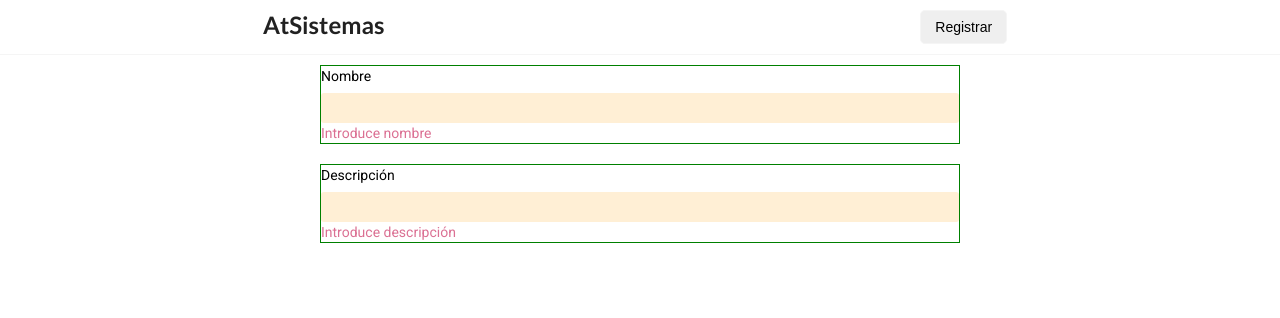
Repository: banchiec/atsistemas
Page: /site/register-site
An editor plug-in stored every save of this project. The page is shown before and after the next save, followed by the edit.
The browser window is 1280 px wide. The pictures show the whole page.
The project was rebuilt for these pictures with package versions that can differ from the ones it lists, and the page was loaded fresh each time. Also part of the build but not shown: src/components/SiteCard/SiteCard.js, src/redux/actions/sitesActions.js, src/screens/SiteScreen/SiteScreen.js, src/screens/SiteDetailsScreen/SiteDetailsScreen.js.

Above is the page before, as saved 2022-08-16 14:18:41.

### src/index.js
import React from "react";
import ReactDOM from "react-dom";
import App from "./App";
import store from "./redux/store";
import { Provider } from "react-redux";

ReactDOM.render(
  <React.StrictMode>
    <Provider store={store}>
      <App />
    </Provider>
  </React.StrictMode>,
  document.getElementById("root")
);

### src/App.js
import React from "react";
import { BrowserRouter as Router, Switch, Route } from "react-router-dom";
import SiteScreen from "./screens/SiteScreen/SiteScreen";
import SiteDetailsScreen from './screens/SiteDetailsScreen/SiteDetailsScreen'
import Header from "./components/Header/Header";
import "./App.css";
import RegisterSiteScreen from "./screens/RegisterSiteScreen/RegisterSiteScreen";

function App() {
  return (
    <div className="App">
      <Header/>
      <Router>
        <Switch>
          <Route path="/" exact component={SiteScreen} />
          <Route path="/site/register-site" exact component={RegisterSiteScreen} />
          <Route path="/site/:siteId" exact component={SiteDetailsScreen} />
          <Route>404 Not Found!</Route>
        </Switch>
      </Router>
    </div>
  );
}

export default App;

### src/components/Header/Header.js
import {ContainerHeader} from './headerStyled'

const Header = () => {
  function handleClick(){
    console.log("Object");
  }
	return(
    <ContainerHeader>
      <div>
        <h2>AtSistemas</h2>
      </div>
      <div>
        <button onClick={handleClick}>Registrar</button>
      </div>
    </ContainerHeader>
	)
}
export default Header

### src/App.css
* {
  font-family: "Roboto", sans-serif;
  padding: 0;
  margin: 0;
}

.ui.cards > .card > .image {
  height: 250px;
  padding: 20px;
  background: #fff;
  margin: auto;
}
.ui.cards > .card > .image > img {
  height: 100%;
  max-width: 100%;
  width: auto;
}
.ui.cards > .card > .content > .header {
  height: 48px;
  overflow: hidden;
  margin-bottom: 5px;
}
.ui.cards > .card > .content > .list{
  height: 36px;
  margin-bottom: 0px;
  overflow: hidden;
}
.ui.cards > .card .meta.name{
  margin-bottom: 5px;
  font-size: 18px;
  color: #333;
  font-weight: 600;
}

.ui.cards > .card .meta.name> a {
  font-size: 1.3rem;
  color: #222;
}

.ui.menu.fixed {
  height: 60px;
  padding-top: 15px;
}

.ui.grid.container {
  margin-top: 200px;
}

.ui.grid > .row {
  background: #fff;
}
.ui.grid > .row > .column.lp {
  padding: 20px 40px 20px 20px;
  align-self: flex-start !important;
}
.ui.grid > .row > .column.rp {
  padding: 20px 20px 20px 40px;
  text-align: left;
  align-self: flex-start !important;
}

.ui.grid > .row > .column > img,
.ui.grid > .row > img {
  height: 100%;
}
.ui.placeholder .header:not(:first-child):before,
.ui.placeholder .image:not(:first-child):before,
.ui.placeholder .paragraph:not(:first-child):before {
  display: none;
}

.ui.label,
.ui.labels .label {
  font-size: 22px;
}

.column.rp h1 {
  color: #333;
}
.column.rp p {
  font-size: 18px;
  color: #777;
}
.ui.placeholder.segment .column .button,
.ui.placeholder.segment .column .field,
.ui.placeholder.segment .column textarea,
.ui.placeholder.segment .column > .ui.input {
  background-color: #ff3e6c;
  border: 1px solid #ff3e6c;
  color: #fff;
  font-size: 18px;
  margin-left: 0;
}

### src/screens/RegisterSiteScreen/RegisterSiteScreen.js
import { ContainerRegisterSiteScreen, FormControl, Input, Label, Message } from "./registerSiteScreenStyled"

const RegisterSiteScreen = () => {

	const handleSubmit = () => {
		console.log("object");
	}
	return(
		<ContainerRegisterSiteScreen>
			<FormControl>
				<Label htmlFor="label">Nombre</Label>
				<Input id='label'/>
				<Message>Introduce nombre</Message>
			</FormControl>
			<FormControl>
				<Label htmlFor="label">Descripción</Label>
				<Input id='label'/>
				<Message>Introduce descripción</Message>
			</FormControl>
		</ContainerRegisterSiteScreen>
	)
}
export default RegisterSiteScreen

### src/redux/reducers/index.js
import { combineReducers } from "redux";
import { sitesReducer, selectedSiteReducer } from "./sitesReducer";
const reducers = combineReducers({
  allSites: sitesReducer,
  site: selectedSiteReducer,
});
export default reducers;

### src/components/Header/headerStyled.js
import styled from 'styled-components'

const ContainerHeader = styled.div`
	display: flex;
	flex-direction: row;
	border-bottom: 1px solid whitesmoke;
	justify-content: space-around;
	div {
		padding: 10px;
		button{
			border-radius: 5px;
			padding: 8px 14px 8px 14px;
			border: 1px solid whitesmoke;
			margin: 0px 10px 0px 10px;
			:hover {
				background: black ;
				color: white;
				transition: 1s ease-out;
			}
		}
	}
`
export {
	ContainerHeader
}

### src/screens/RegisterSiteScreen/registerSiteScreenStyled.js
import styled from "styled-components";

export const ContainerRegisterSiteScreen = styled.div`
	display: flex;
	flex-direction: column;
	justify-content: center;
	align-items: center;
`
export const FormControl = styled.div`
  border: 1px solid green;
	color: palevioletred;
	display: block;
	margin-top: 2em;
	width: 50%;
	margin: 10px auto;
`
export const Label = styled.label`
	display: block;
	margin-bottom: 0.5em;
	color: black;
`
export const Input = styled.input`
	padding:  0.5em;
	color: black;
	background:  papayawhip;
	border: none;
	border-radius: 3px;
	width: 100%;
`
export const Message = styled.label`
	color: palevioletred;
	display: block;
`

### src/redux/reducers/sitesReducer.js
import { ActionTypes } from "../constants/action-types";
const intialState = {
  sites: [],
};

export const sitesReducer = (state = intialState, { type, payload }) => {
  switch (type) {
    case ActionTypes.SET_SITES:
      return {
        ...state,
        sites: payload
      };
    default:
      return state;
  }
};

export const selectedSiteReducer = (state = {}, { type, payload }) => {
  switch (type) {
    case ActionTypes.SELECTED_SITE:
      return {
        ...state,
        ...payload
      };
    case ActionTypes.REMOVE_SELECTED_SITE:
      return {};
    default:
      return state;
  }
};

### src/redux/constants/action-types.js
export const ActionTypes = {
  FETCH_SITES: 'FETCH_SITES',
  SET_SITES: "SET_SITES",
  SELECTED_SITE: "SELECTED_SITE",
  REMOVE_SELECTED_SITE: "REMOVE_SELECTED_SITE",
};

Loaded but not shown: public/index.html (common file); src/redux/store.js (common file)

After the next save:
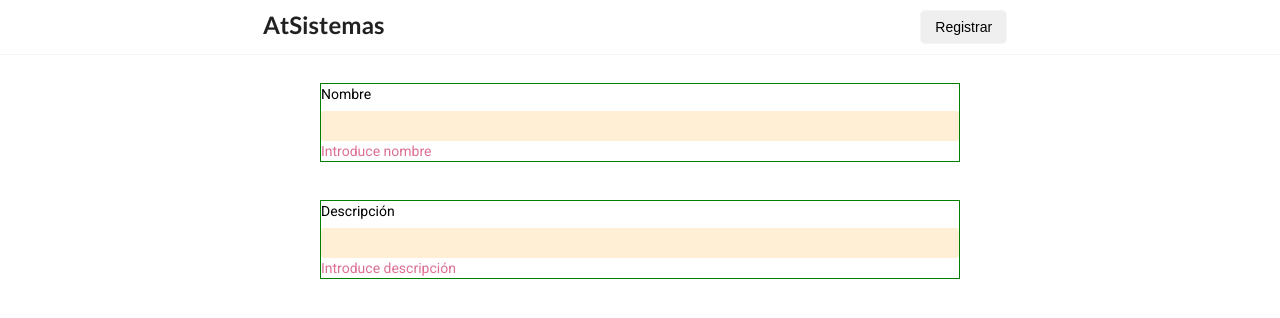
Saved 7 s later.
--- a/src/screens/RegisterSiteScreen/registerSiteScreenStyled.js
+++ b/src/screens/RegisterSiteScreen/registerSiteScreenStyled.js
@@ -10,9 +10,9 @@ export const FormControl = styled.div`
   border: 1px solid green;
 	color: palevioletred;
 	display: block;
-	margin-top: 2em;
 	width: 50%;
 	margin: 10px auto;
+	margin-top: 2em;
 `
 export const Label = styled.label`
 	display: block;
